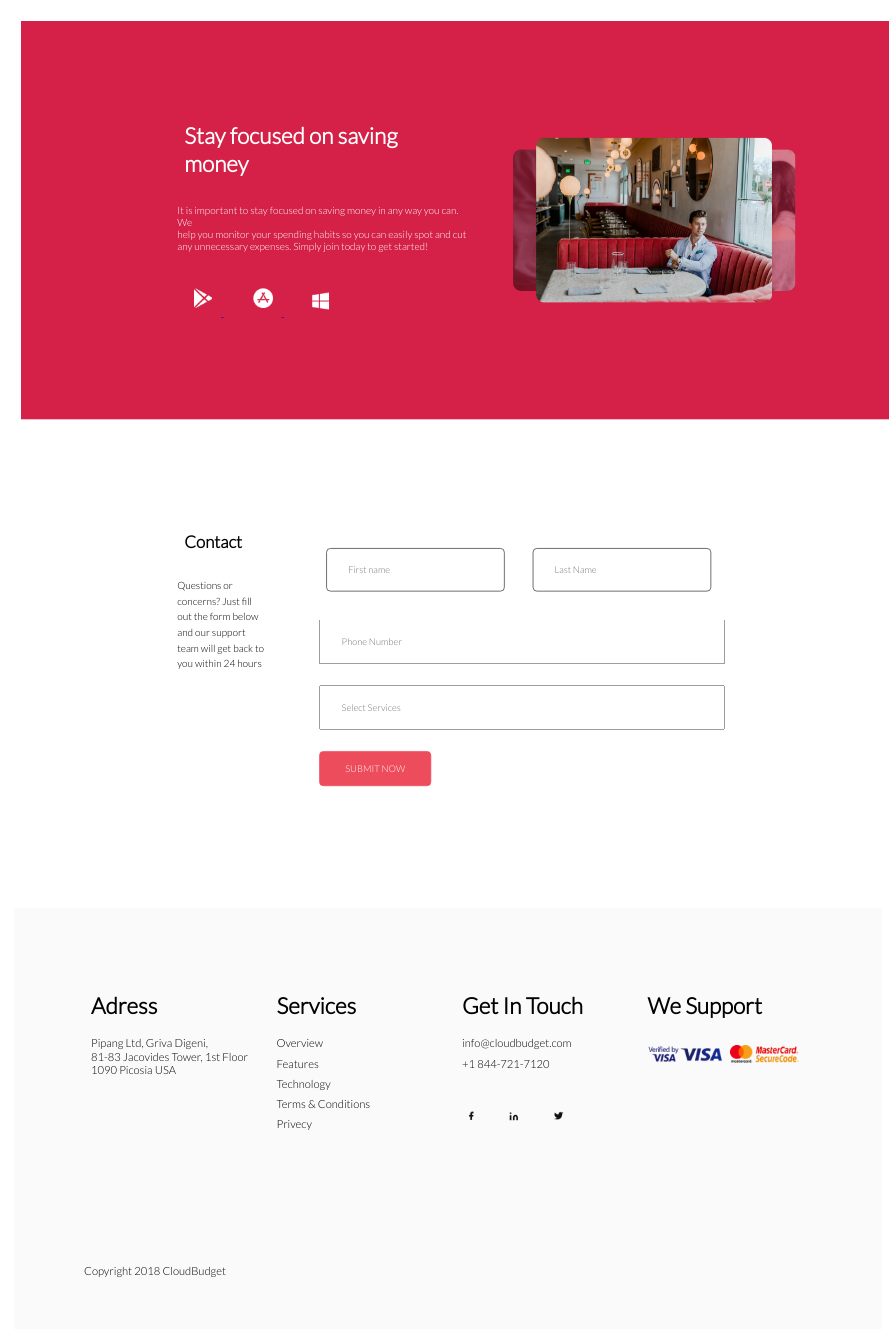
Repository: batonAnton/Cursor_lecture4
Page: index.html
An editor plug-in stored every save of this project. The page is shown before and after the next save, followed by the edit.
The browser window is 1280 px wide. The pictures show the whole page, at 70% of full size.

Above is the page before, as saved 2022-06-09 15:47:49.

### index.html
<!DOCTYPE html>
<html lang="en">
<head>
    <meta charset="UTF-8">
    <meta http-equiv="X-UA-Compatible" content="IE=edge">
    <meta name="viewport" content="width=device-width, initial-scale=1.0">
    <title>CloudBudget Freebie</title>
    <link rel="preconnect" href="https://fonts.googleapis.com">
    <link rel="preconnect" href="https://fonts.gstatic.com" crossorigin>
    <link href="https://fonts.googleapis.com/css2?family=Lato:wght@300&display=swap" rel="stylesheet">
    <link rel="stylesheet" href="css/style.css">
</head>
<body>
    <header>
        <div class="info-box">
            <h1>Stay focused on saving <br> money</h1>
            <p>It is important to stay focused on saving money in any way you can. We <br> help you monitor your spending habits so you can easily spot and cut <br> any unnecessary expenses. Simply join today to get started!</p>

            <div class="link_source">
                <a href="https://play.google.com/store/games?hl=uk&gl=US">
                    <img src="/image/icon/google_play.png" alt="icon-google">
                </a>
                <a href="https://www.apple.com/ua/app-store/">
                    <img src="/image/icon/apstore.png" alt="icon-apstore">
                </a>
                <a href="https://www.microsoft.com/uk-ua/software-download/windows10">
                    <img src="/image/icon/windows.png" alt="icon-windows">
                </a>
            </div>
        </div>

        <div class="big_img"></div>
    </header>

    <section>
        <div class="info-box">
            <h1>Contact</h1>
            <p>Questions or concerns? Just fill out the form below and our support <br> team will get back to you within 24 hours</p>
        </div>

        <div class="input-fields">
            <form>
                <div>
                    <input type="text" id="fname" placeholder="First name" name="fname">
                    <input type="text" id="lname" placeholder="Last Name" name="lname">
                </div>

                <input type="number" name="" id="number" placeholder="Phone Number">
                <input list="browsers" id="dropdown" placeholder="Select Services" name="service"> <br>
                <datalist id="browsers">
                    <option value="Service1">
                    <option value="Service2">
                    <option value="Service3">
                    <option value="Service4">
                    <option value="Service5">
                </datalist>
                <button>submit now</button>
              </form>
        </div>
    </section>

    <footer>
        <div class="all-block">
            <div class="adress-block">
                <h1>adress</h1>
                <p>
                    Pipang Ltd, Griva Digeni,<br>
                    81-83 Jacovides Tower, 1st Floor <br>
                    1090 Picosia USA
                </p>
            </div>

            <div class="services">
                <h1>services</h1>
                <a href="">overview</a>
                <a href="">features</a>
                <a href="">technology</a>
                <a href="">terms & conditions</a>
                <a href="">privecy</a>
            </div>

            <div class="link-social">
                <h1>Get in Touch</h1>
                <a href="">info@cloudbudget.com</a>
                <a href="">+1 844-721-7120</a>

                <div>
                    <a href="">
                        <img src="/image/footer/facebook.png" alt="facebook-link">
                    </a>

                    <a href="">
                        <img src="/image/footer/feather-linkedin.png" alt="linkdn">
                    </a>

                    <a href="">
                        <img src="/image/footer/tweeter.png" alt="tweeter-img">
                    </a>
                </div>
            </div>

            <div class="paymants">
                <h1>We Support</h1>
                <img src="/image/footer/secure-p-1 1.png" alt="img pay">
            </div>
        </div>
        <p class="copyright">Copyright 2018 CloudBudget</p>
    </footer>
</body>
</html>

### css/style.css
* {
  font-family: "Lato", sans-serif;
  font-weight: 400;
  margin: 10px;
  padding: 0;
  box-sizing: border-box;
}

h1 {
  font-weight: 600;
}

header {
  width: 100%;
  height: 20%;
  padding: 10%;
  color: #ffffff;
  display: inline-flex;
  background-color: #d52047;
}

.info-box {
  width: 80%;
  margin-left: 10%;
}

.info-box p {
  width: 90%;
  margin: 40px 0;
  font-size: 0.9rem;
}

.link_source a {
  margin-left: -19px;
  padding: 0 20px;
}

.big_img {
  background-image: url("/image/Photo.png");
  width: 70%;
  background-repeat: no-repeat;
  background-position: center;
  background-size: contain;
}

/* Section */
section {
  color: #000000;
  display: inline-flex;
  padding: 10%;
  width: 100%;
}

section .info-box {
  width: 80%;
  color: #000000;
  line-height: 140%;
}

section .info-box h1 {
  font-weight: 600;
}

#fname,
#lname {
  width: 255px;
  height: 60px;
  border: 1px solid #333333;
  border-radius: 6px;
}

.input-fields input {
  width: 95%;
  height: 60px;
  padding: 30px;
}

form div {
  display: inline-flex;
}
form input,
button {
  margin-left: 30px;
  margin-bottom: 20px;
  /* margin: 0px 0px 30px 10px; */
}

.input-fields {
  margin-right: 100px;
}

button {
  background-color: #ed4c5c;
  color: #ffffff;
  width: 160px;
  height: 50px;
  border: 1.5px solid #ed4c5c;
  border-radius: 6px;
  text-transform: uppercase;
}

footer {
  background-color: #fafafa;
  margin: 0px auto 0px auto;
}

.all-block {
  display: inline-flex;
  padding: 85px 90px 75px 90px;
  margin: 0 auto;
  width: 100%;
}

.all-block div {
  width: 30%;
  /* padding: 0 15% 0 15%; */
}

footer h1 {
  font-style: normal;
  font-weight: 700;
  line-height: 22px;
  text-transform: capitalize;
  margin-bottom: 33px;
  margin-top: 33px;
}

.services a,
.link-social a {
  display: grid;
  text-decoration: none;
  color: #000000;
}

.services a {
  text-transform: capitalize;
}

.link-social div {
  display: inline-flex;
}

.link-social div a {
  margin: 30px 30px 0px 0px;
}

.copyright{
  padding: 85px 90px 75px 90px;
}

After the next save:
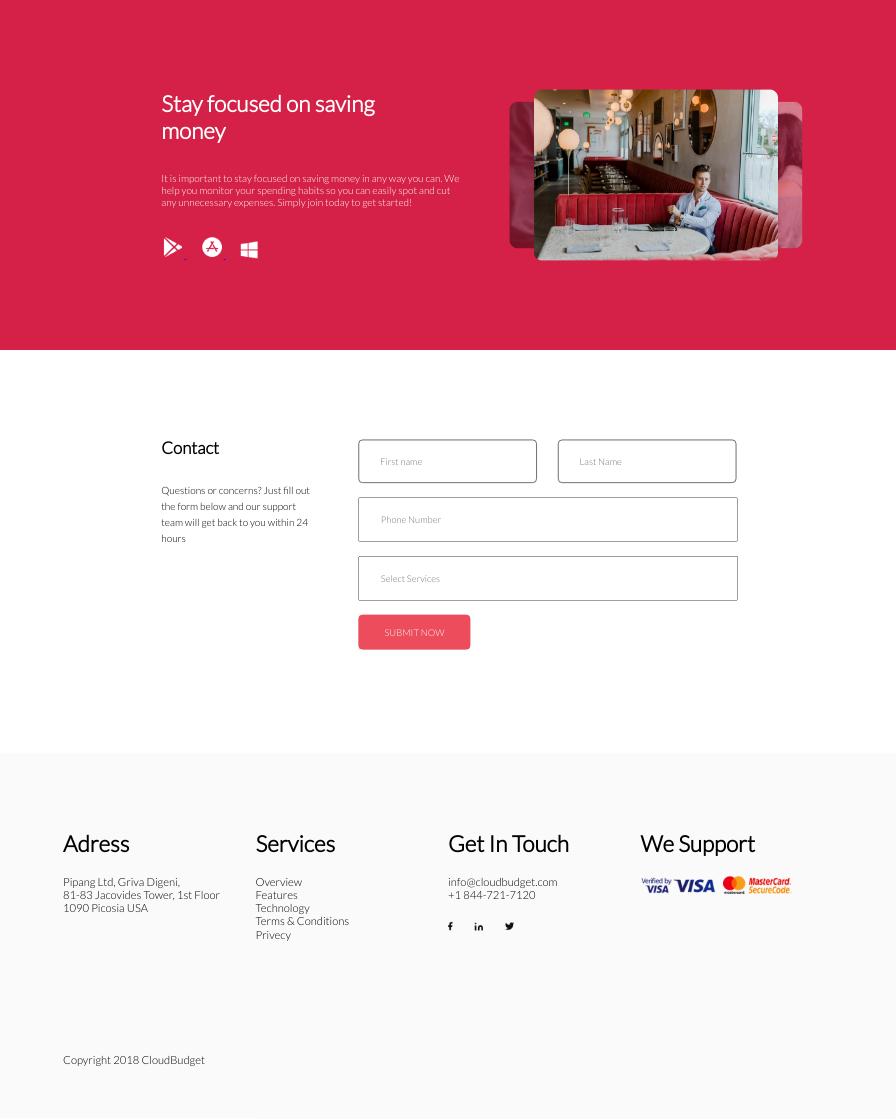
Saved 5 min 3 s later.
--- a/css/style.css
+++ b/css/style.css
@@ -1,11 +1,14 @@
 * {
   font-family: "Lato", sans-serif;
   font-weight: 400;
-  margin: 10px;
-  padding: 0;
+  margin: 0px;
+  padding: 0px;
   box-sizing: border-box;
 }
 
+/* .full-page{
+  padding:0 5% 0 5%
+} */
 h1 {
   font-weight: 600;
 }
